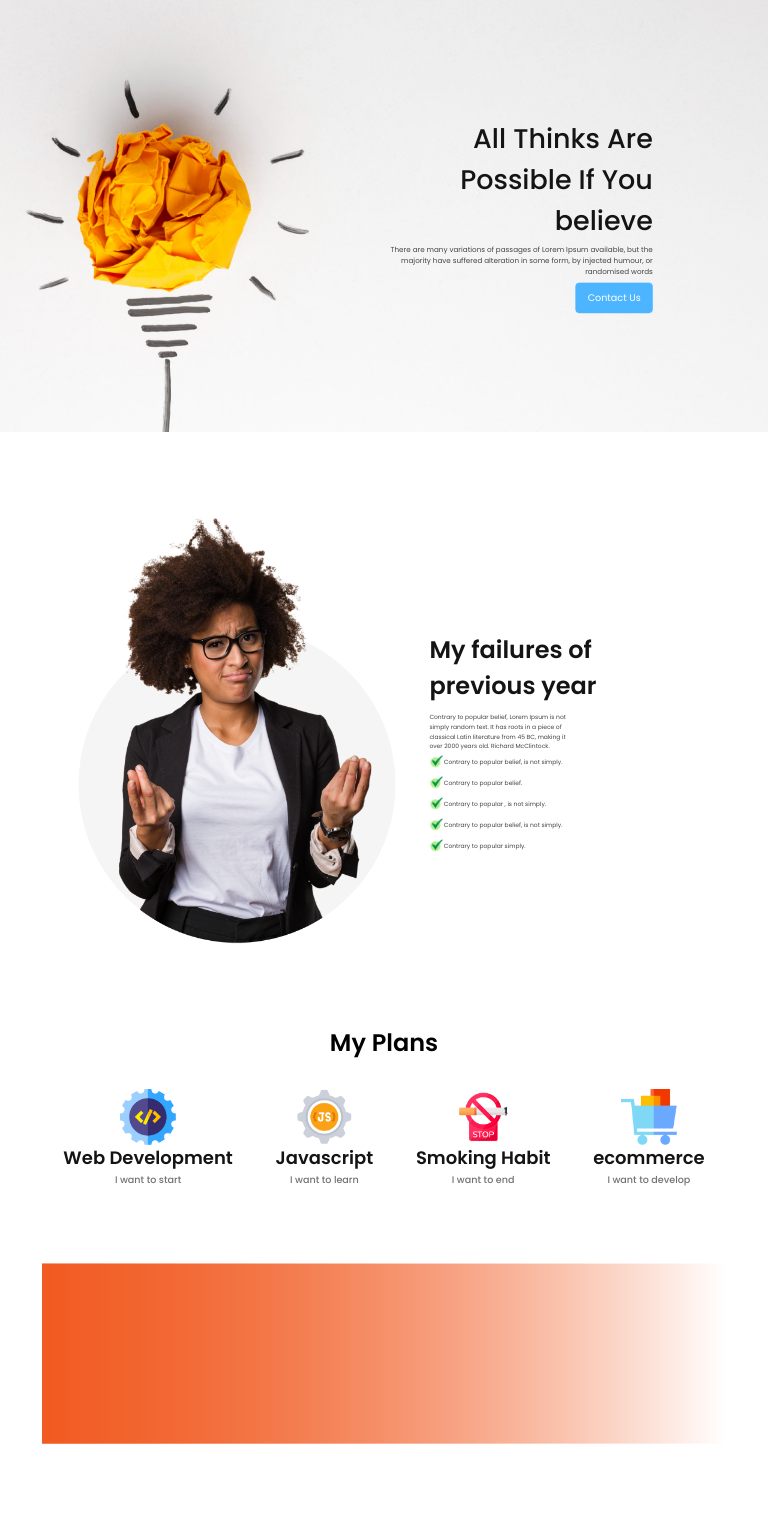
Repository: mdrubel02/new-year-new-mission
Page: index.html
The author's editor kept a copy of each file at every save. The page is drawn from the files as they stood at one save, then again after the next save.
The browser window is 1280 px wide. The pictures show the whole page, at 60% of full size.

Above is the page before, as saved 2023-01-07 00:05:10.

After the next save:
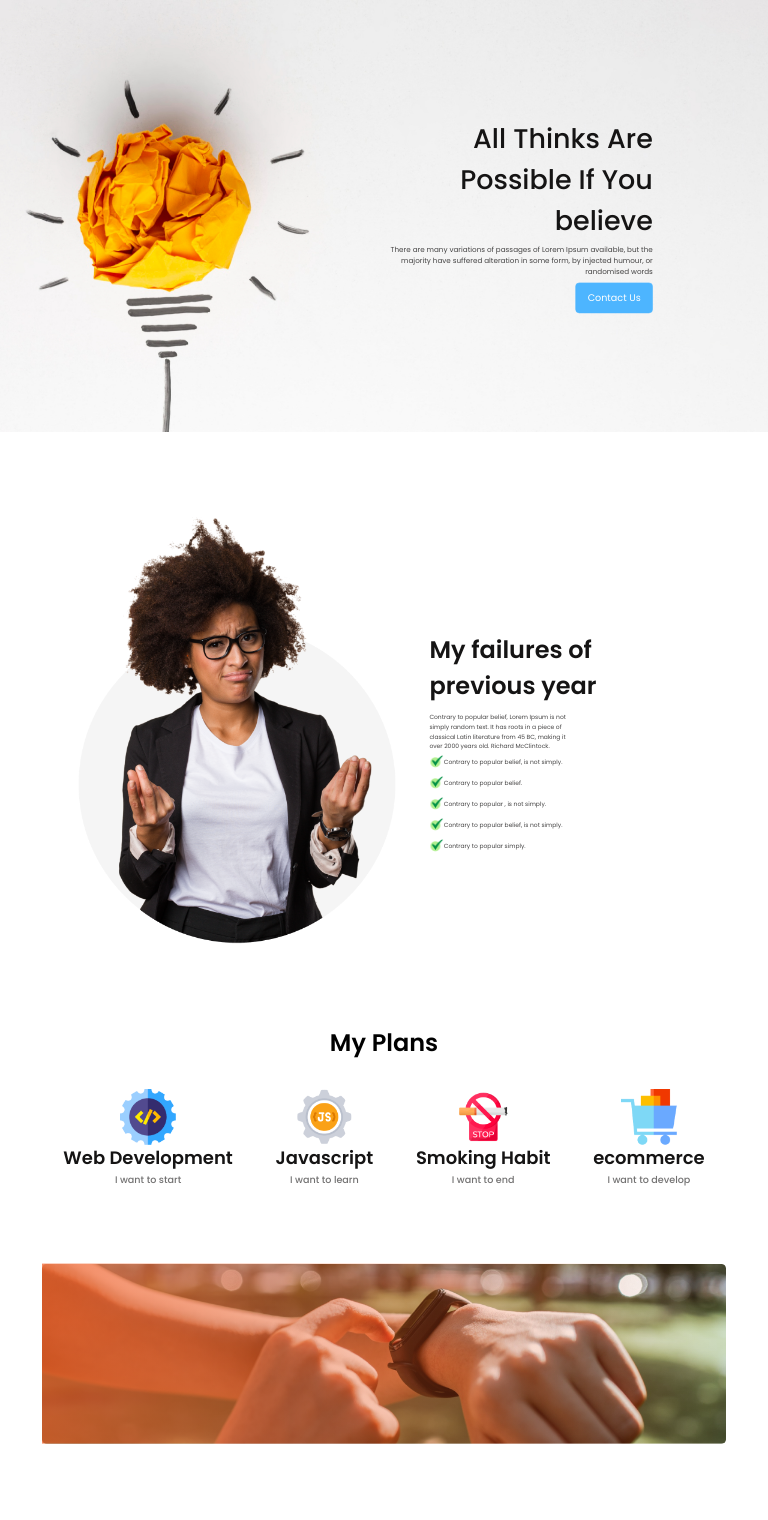
Saved 23 s later.
--- a/index.css
+++ b/index.css
@@ -192,8 +192,6 @@ a:hover {
     justify-content: center;
     align-items: flex-end;
     text-align: center;
-    /* background: rgb(238, 174, 202); */
-    background: linear-gradient(90deg, #F15B22 0%, rgba(241, 91, 34, 0) 100%);
 }
 .activity_section::after{
     content: "";
